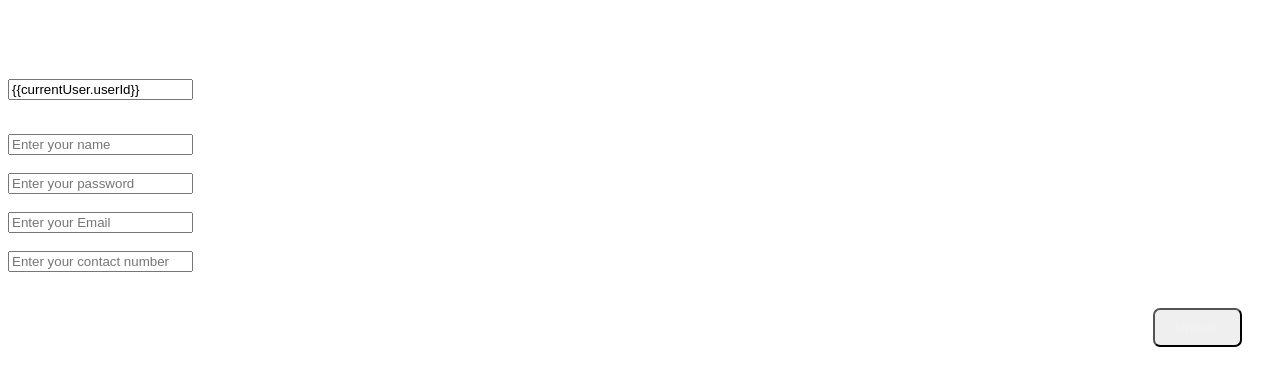
Repository: shailaja1601/collaborative_project
Page: CollabarationFrontEnd/WebContent/user/my_profile.html
These files come from the project's save history. The page is drawn as it stood at one moment and after the next save; the edit follows.
The browser window is 1280 px wide. The pictures show the whole page.

Above is the page before, as saved 2017-02-03 11:27:53.

After the next save:
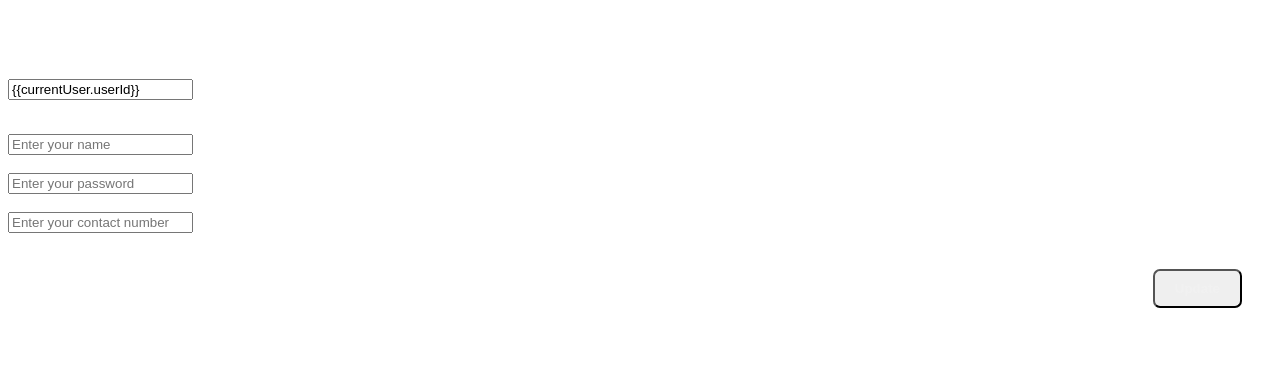
Saved 11 s later.
--- a/CollabarationFrontEnd/WebContent/user/my_profile.html
+++ b/CollabarationFrontEnd/WebContent/user/my_profile.html
@@ -84,16 +84,16 @@ background-color:rgba(255,255,255,0.1);
 
 
 
-							<div class="form-group col-md-12">
+							<!-- <div class="form-group col-md-12">
 								<label class="col-sm-2 control-lable" for="mailID">Email</label>
-								<div class="col-md-10">  <!-- value= {{currentUser.mailID}} -->
+								<div class="col-md-10">  value= {{currentUser.mailID}}
 									<input type="email"  data-ng-bind="ctrl.user.mailID" data-ng-model="ctrl.user.mailID" id="mailID"
 										class="email form-control input-sm"
 										placeholder="Enter your Email" required />
 
 								</div>
 							</div>
-
+						 -->
 							<div class="form-group col-md-12">
 								<label class="col-sm-2 control-lable" for="mobile">Mobile</label>
 								<div class="col-md-10">  <!-- value= {{currentUser.mobile}} -->
